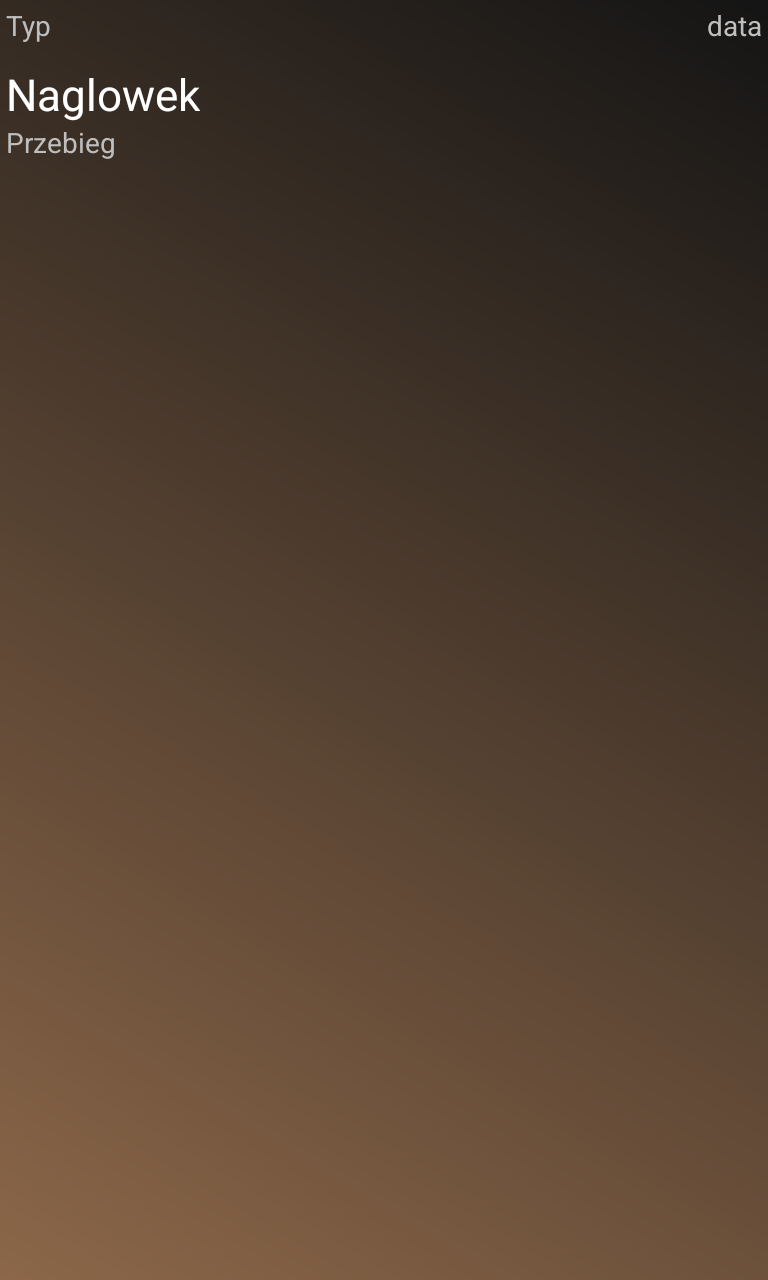
Repository: yoszka/test
Layout: Car_servActivity/res/layout/list_item.xml
The author's editor kept a copy of each file at every save. The layout is drawn from the files as they stood at one save, then again after the next save.
It is drawn on a 768 x 1280 px phone screen (xhdpi) without system bars, with theme android:Theme; the app's code is not run.

Above is the layout before, as saved 2012-09-06 20:39:45.

After the next save:
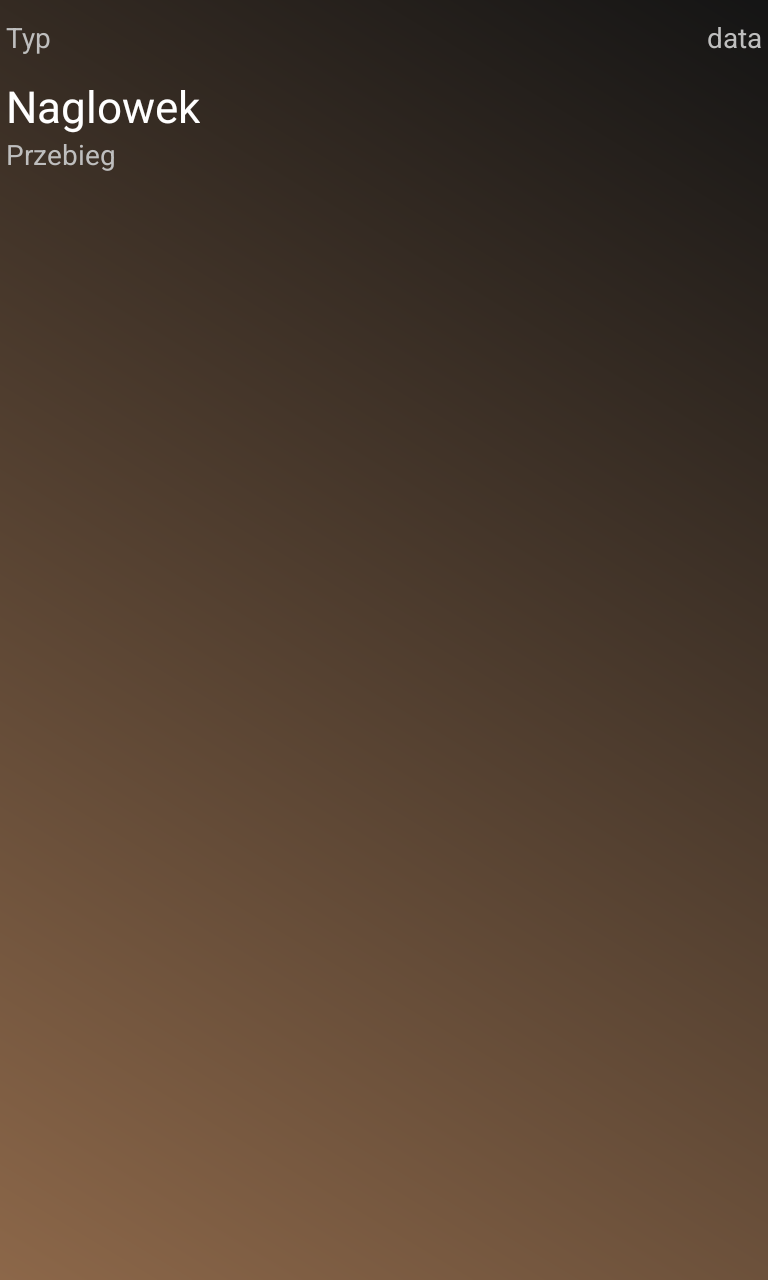
Saved 88 s later.
--- a/Car_servActivity/res/layout/list_item.xml
+++ b/Car_servActivity/res/layout/list_item.xml
@@ -1,9 +1,18 @@
 <?xml version="1.0" encoding="utf-8"?>
+
 <LinearLayout xmlns:android="http://schemas.android.com/apk/res/android"
     android:layout_width="match_parent"
     android:layout_height="fill_parent"
     android:orientation="vertical"
     android:background="@drawable/ramka">
+
+<LinearLayout xmlns:android="http://schemas.android.com/apk/res/android"
+    android:layout_width="match_parent"
+    android:layout_height="wrap_content"
+    android:orientation="horizontal"
+    android:padding="3dp">
+
+</LinearLayout>
 
 <LinearLayout xmlns:android="http://schemas.android.com/apk/res/android"
     android:layout_width="match_parent"
